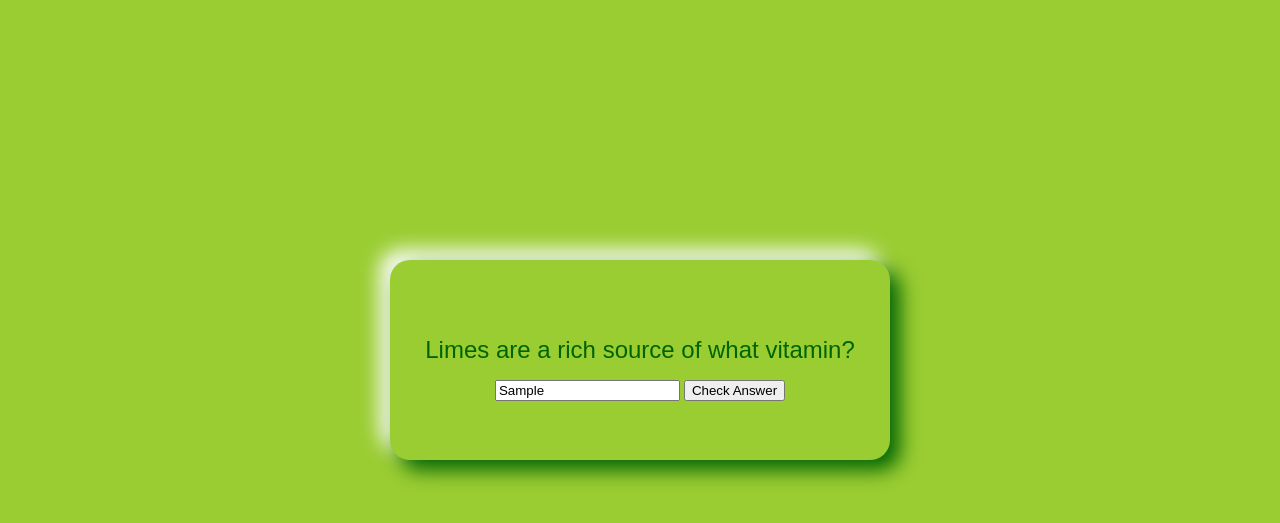
Repository: Joseph061200/Dynamic_Lab2
Page: joseph.html
These files come from the project's save history. The page is drawn as it stood at one moment and after the next save; the edit follows.
The browser window is 1280 px wide. The pictures show the whole page.
Empty fields were first filled with sample values (such as "Sample", 5 or name@example.com).
After loading, the first visible `button` was clicked once.

Above is the page before, as saved 2020-02-20 14:31:35.

### joseph.html
<!DOCTYPE html>
<html>
    <head>
        <title>Joseph</title>
        <link rel="stylesheet" href="joseph.css">
    </head>
    <body>
        <div class="app">
            <div class="pop_up question">
                <h1 class="h1">Limes are a rich source of what vitamin?</h1>
                <div>
                    <input id="answer" type="text" placeholder="Enter Your Answer Here">
                    <button onclick="CheckAnswer()">Check Answer</button>
                </div>
                <div id="h_r"></div>
            </div>
        </div>
        <script src="joseph.js"></script>
    </body>
</html>

### joseph.css
body,html {
    margin: 0;
}
.app{
    width: 100vw;
    height: 100vh;
    display: flex;
    justify-content: center;
    align-items: center;
    background-color: yellowgreen;
}
.pop_up{
    width: 500px;
    height: 200px;
    display: flex;
    flex-direction: column;
    justify-content: center;
    align-items: center;
    background-color: yellowgreen;
    border-radius: 20px;
    box-shadow: 10px 10px 20px darkgreen,-10px -10px 20px white;

}
h1 {
    font-family: sans-serif;
    font-size: 24px;
    font-weight: 200;
    color: darkgreen;
}

### joseph.js
function CheckAnswer(){
    var myInput = document.querySelector("#answer").value;
    console.log(myInput);
    if (myInput === "B"){
        alert("Correct!");
    }else {
        alert("wrong");
    }
}

After the next save:
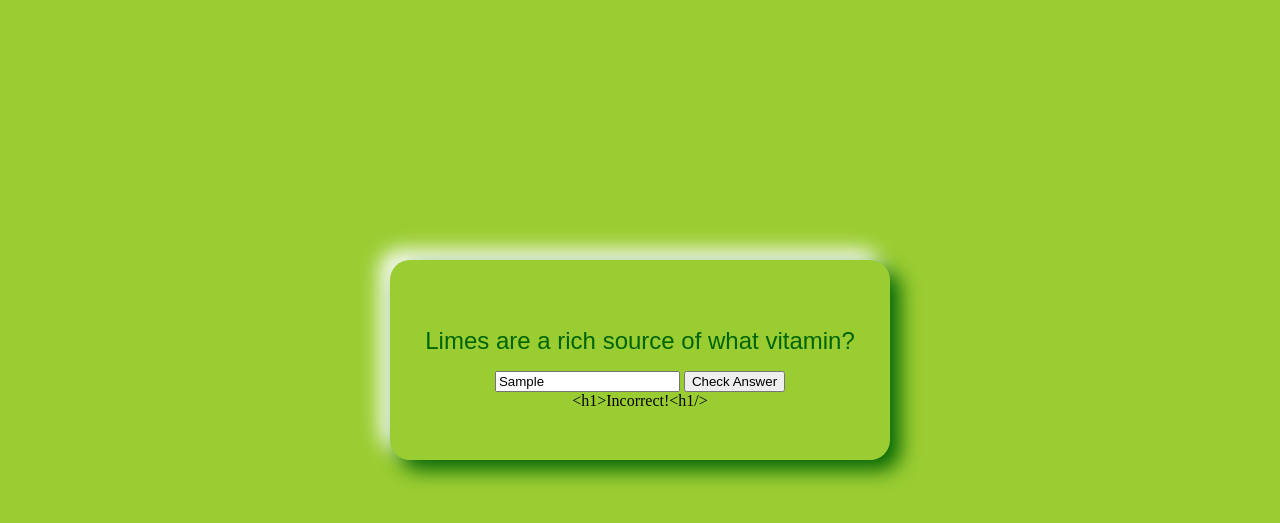
Saved 76 s later.
--- a/joseph.js
+++ b/joseph.js
@@ -1,9 +1,11 @@
 function CheckAnswer(){
     var myInput = document.querySelector("#answer").value;
     console.log(myInput);
-    if (myInput === "B"){
-        alert("Correct!");
+    if (myInput === "C"){
+        // alert("Correct!");
+        document.querySelector("#h_r").innerHTML = "<h1>Correct!<h1/>"
     }else {
-        alert("wrong");
+        // alert("wrong");
+        document.querySelector("#h_r").innerText = "<h1>Incorrect!<h1/>"
     }
 }
